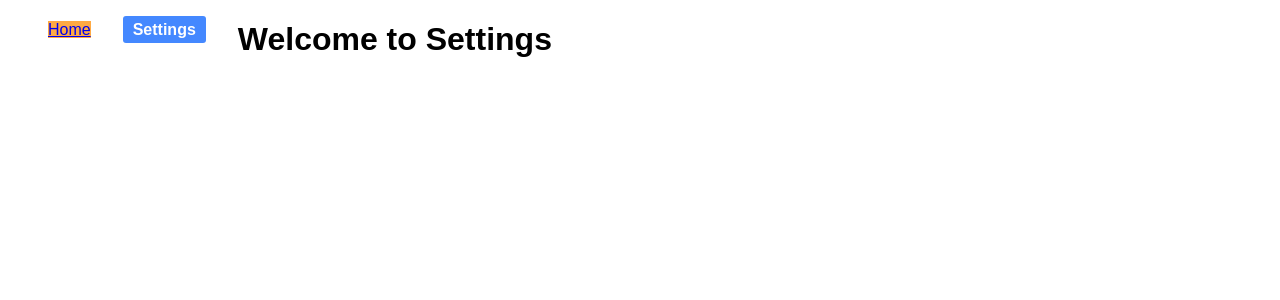
Repository: ErikBaer/News-of-the-World
Page: views/settings.html
An editor plug-in stored every save of this project. The page is shown before and after the next save, followed by the edit.
The browser window is 1280 px wide. The pictures show the whole page.

Above is the page before, as saved 2020-01-19 13:57:14.

After the next save:
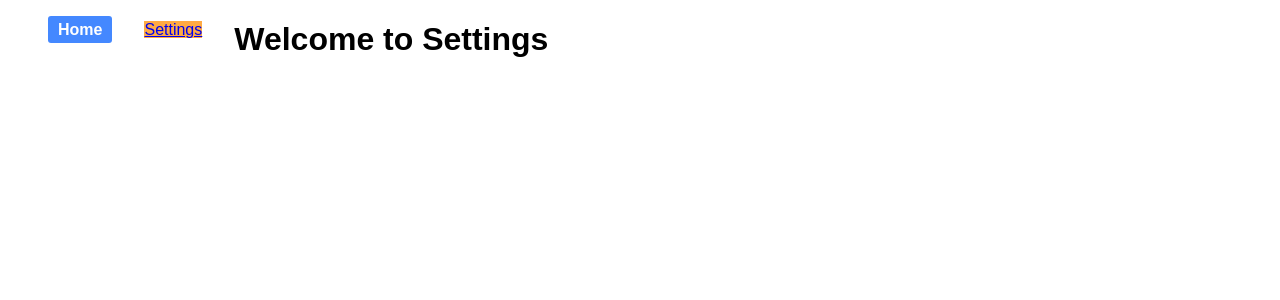
Saved 3 min 44 s later.
--- a/views/settings.html
+++ b/views/settings.html
@@ -7,8 +7,8 @@
     <body>
         <nav>
             <ul class="navigation">
-                <li><a href ="/home" class="nav-link-active">Home</a></li>
-                <li><a href ="/settings" class= 'nav-link'> Settings</a> </li>
+                <li><a href ="/home" class="nav-link">Home</a></li>
+                <li><a href ="/settings" class= 'nav-link-active'> Settings</a> </li>
             </ul>
         </nav>
         <main>
